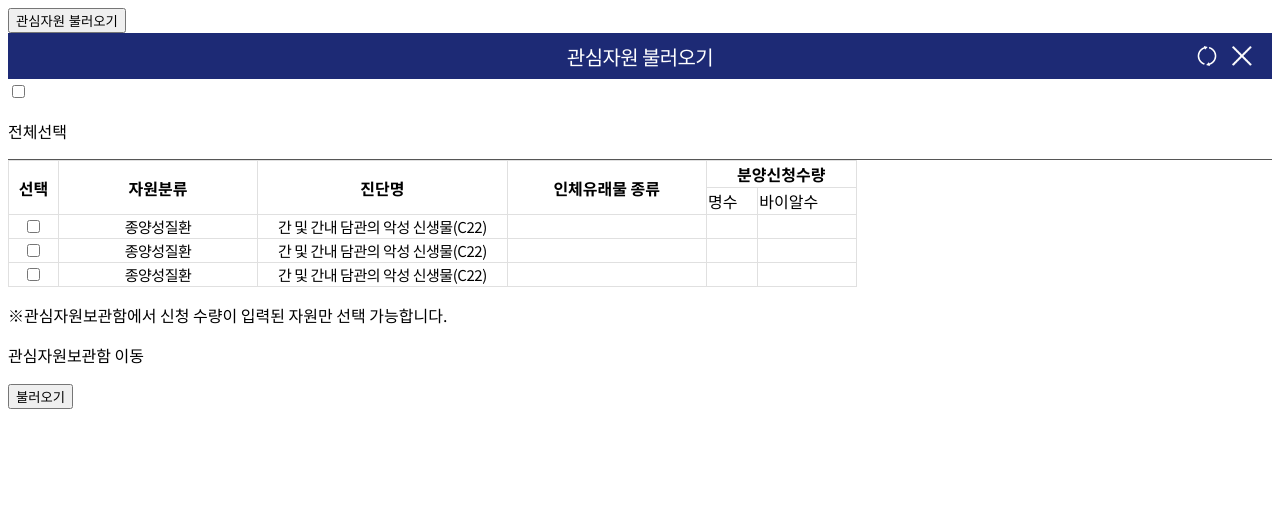
Repository: dlgywls1130/one_popup
Page: index.html
The author's editor kept a copy of each file at every save. The page is drawn from the files as they stood at one save, then again after the next save.
The browser window is 1280 px wide. The pictures show the whole page.
Some web fonts or font styles are not loaded; a fallback is used.

Above is the page before, as saved 2023-10-25 00:17:38.

After the next save:
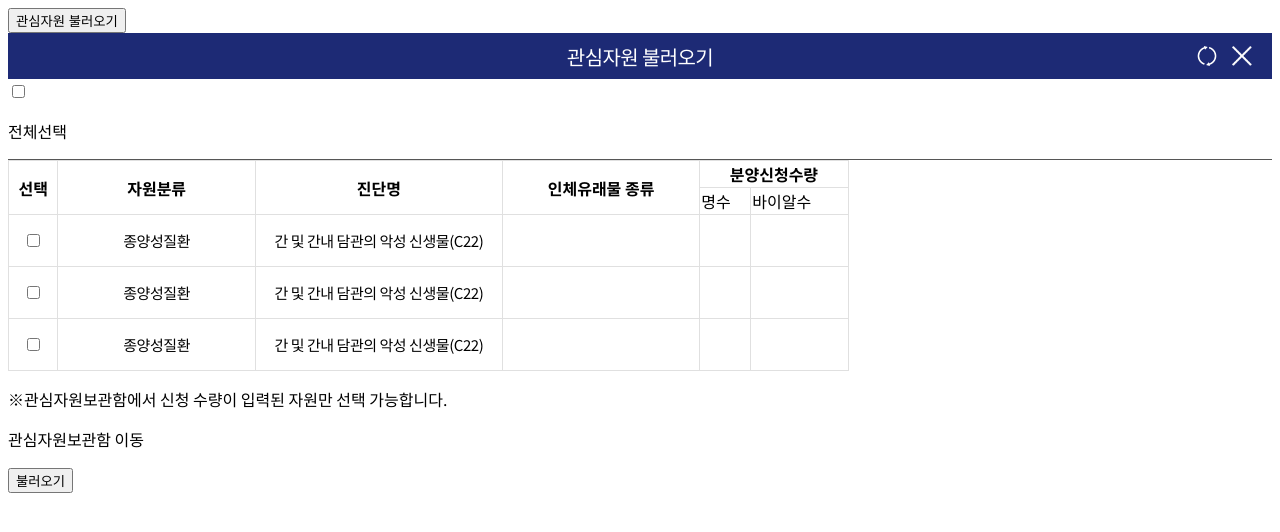
Saved 29 s later.
--- a/style.css
+++ b/style.css
@@ -93,7 +93,8 @@
     font-family: Pretendard,'Noto Sans KR', sans-serif;
 }
 
-.table_body_content{
+
+.table_body_content td{
     font-weight: 400;
     font-size: 15px;
     letter-spacing: -0.03em;
